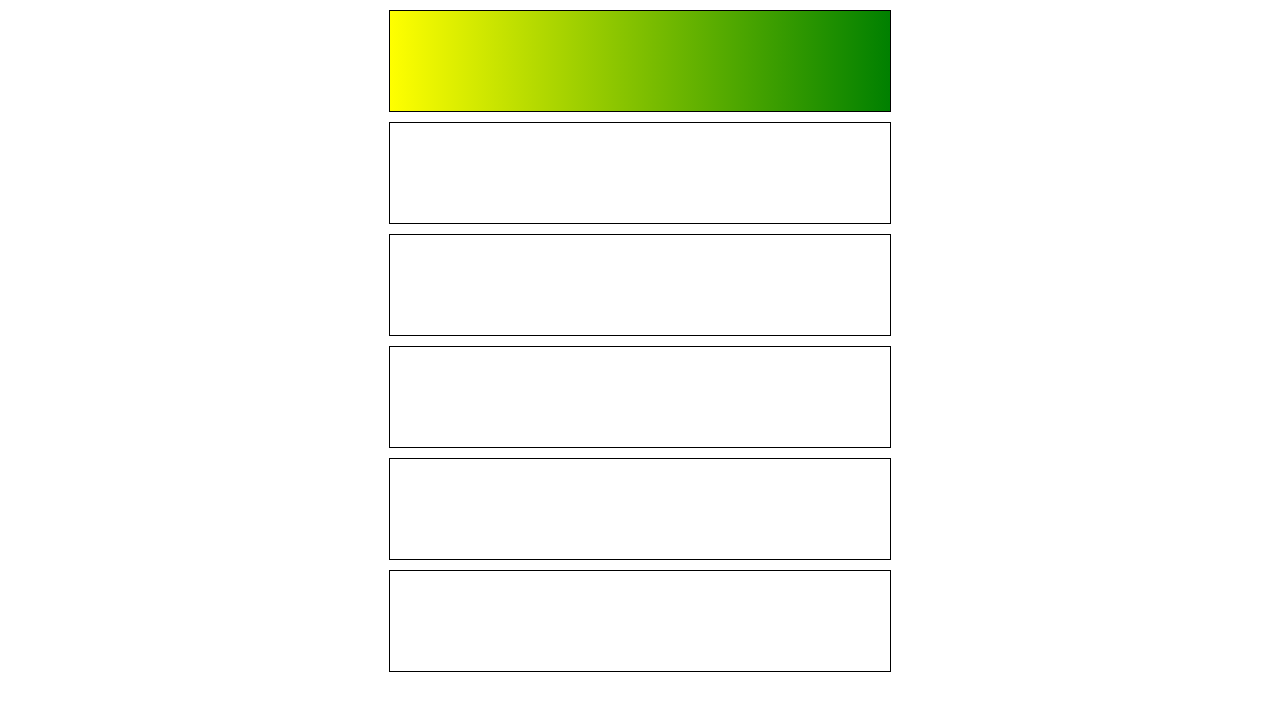
Repository: KaibutsuSama/CodePracticeExample
Page: Html5+Css3/Css3/02.背景属性/05.渐变.html
These files come from the project's save history. The page is drawn as it stood at one moment and after the next save; the edit follows.
The browser window is 1280 px wide. The pictures show the whole page.

Above is the page before, as saved 2023-01-29 21:58:11.

After the next save:
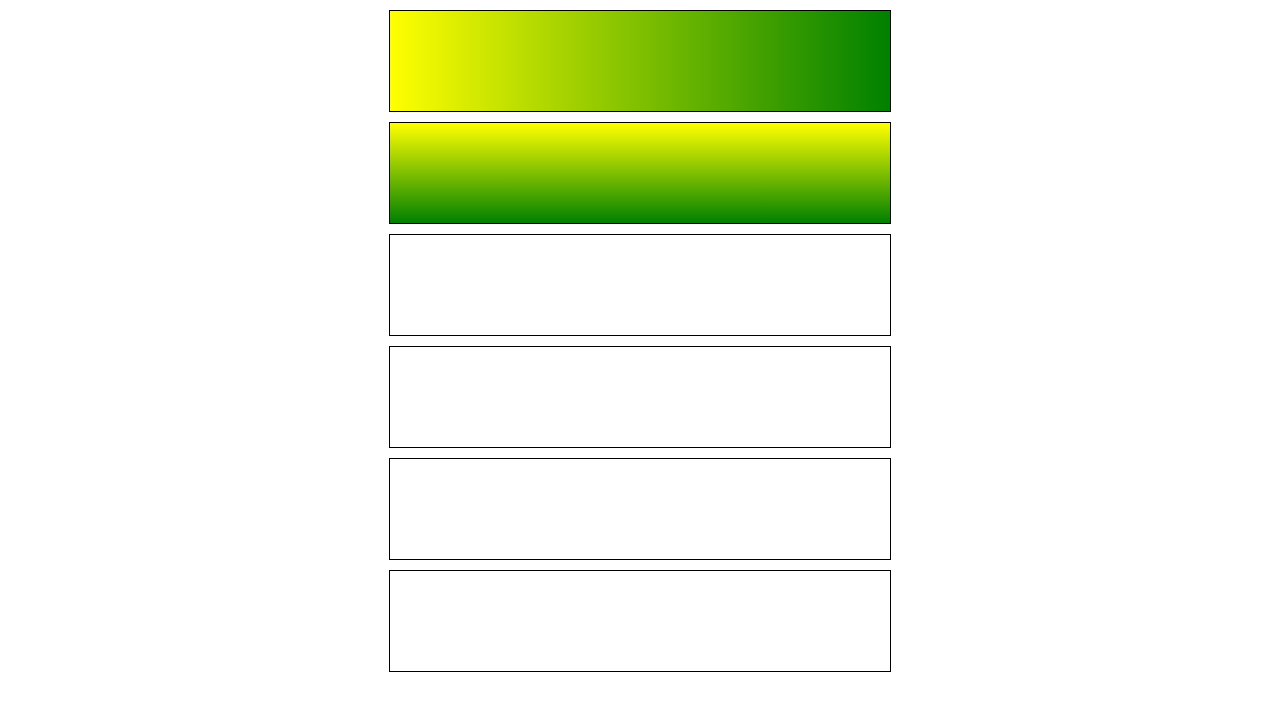
Saved 19 s later.
--- a/Html5+Css3/Css3/02.背景属性/05.渐变.html
+++ b/Html5+Css3/Css3/02.背景属性/05.渐变.html
@@ -25,6 +25,10 @@
             background-image: linear-gradient(to right,yellow,green);
         }
 
+        div:nth-child(2){
+            background-image: linear-gradient(yellow, green);
+        }
+
     </style>
 </head>
 
